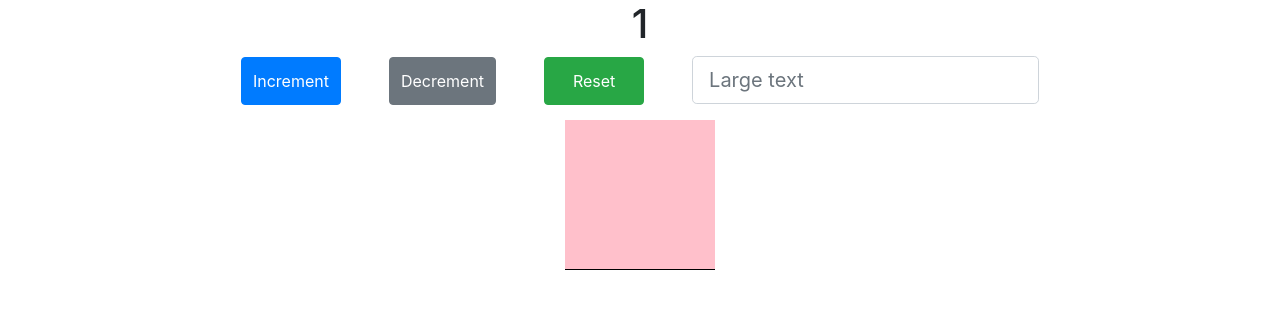
Repository: tts2610/redux-counter
Page: /
The author's editor kept a copy of each file at every save. The page is drawn from the files as they stood at one save, then again after the next save.
The browser window is 1280 px wide. The pictures show the whole page.
The project was rebuilt for these pictures with package versions that can differ from the ones it lists, and the page was loaded fresh each time.

Above is the page before, as saved 2020-06-09 15:46:59.

### src/index.js
import React from "react";
import ReactDOM from "react-dom";
import "./index.css";
import App from "./App";
import * as serviceWorker from "./serviceWorker";
import { createStore } from "redux";
import { Provider } from "react-redux";

const initialState = {
  count: 1,
  color: "pink",
};

function countReducer(state = initialState, action) {
  switch (action.type) {
    case "INCREMENT":
      return {
        count: state.count + 1,
        color: action.payload,
      };
    case "DECREMENT":
      return {
        count: state.count - 1 < 1 ? 1 : state.count - 1,
        color: action.payload,
      };
    case "RESET":
      return {
        count: 1,
        color: action.payload,
      };
    case "CHANGECOLOR":
      return {
        count: state.count,
        color: action.payload,
      };
    default:
      return state;
  }
}

const store = createStore(
  countReducer,
  // Hooks up Redux Devtools
  window.__REDUX_DEVTOOLS_EXTENSION__ && window.__REDUX_DEVTOOLS_EXTENSION__()
);

ReactDOM.render(
  <Provider store={store}>
    <App />
  </Provider>,
  document.getElementById("root")
);

// If you want your app to work offline and load faster, you can change
// unregister() to register() below. Note this comes with some pitfalls.
// Learn more about service workers: https://bit.ly/CRA-PWA
serviceWorker.unregister();

### src/App.js
import React from "react";
import "./App.css";
import { useSelector, useDispatch } from "react-redux";
import "bootstrap/dist/css/bootstrap.min.css";
import { Form, Button } from "react-bootstrap";

function App() {
  const count = useSelector((state) => state.count);
  const color = useSelector((state) => state.color);
  const dispatch = useDispatch();

  return (
    <div className="App">
      <h1>{count}</h1>
      <div
        style={{
          display: "flex",
          justifyContent: "center",
          alignItems: "baseline",
        }}
      >
        <Button
          onClick={() => dispatch({ type: "INCREMENT", payload: color })}
          variant="primary"
          className="mr-5"
          style={{ minWidth: "100px", padding: "11px" }}
        >
          Increment
        </Button>{" "}
        <Button
          onClick={() => dispatch({ type: "DECREMENT", payload: color })}
          variant="secondary"
          className="mr-5"
          style={{ minWidth: "100px", padding: "11px" }}
        >
          Decrement
        </Button>{" "}
        <Button
          onClick={() => dispatch({ type: "RESET", payload: color })}
          variant="success"
          className="mr-5"
          style={{ minWidth: "100px", padding: "11px" }}
        >
          Reset
        </Button>{" "}
        <Form.Group>
          <Form.Control
            size="lg"
            onChange={(e) =>
              dispatch({ type: "CHANGECOLOR", payload: e.target.value })
            }
            type="text"
            placeholder="Large text"
          />
        </Form.Group>
      </div>
      {Array(count).fill(
        <div
          style={{
            width: "150px",
            height: "150px",
            backgroundColor: `${color}`,
            margin: "0 auto",
            borderBottom: "1px solid black",
          }}
        ></div>
      )}
    </div>
  );
}

export default App;

Loaded but not shown: public/index.html (common file); src/index.css (common file); src/serviceWorker.js (common file); src/App.css (common file)

After the next save:
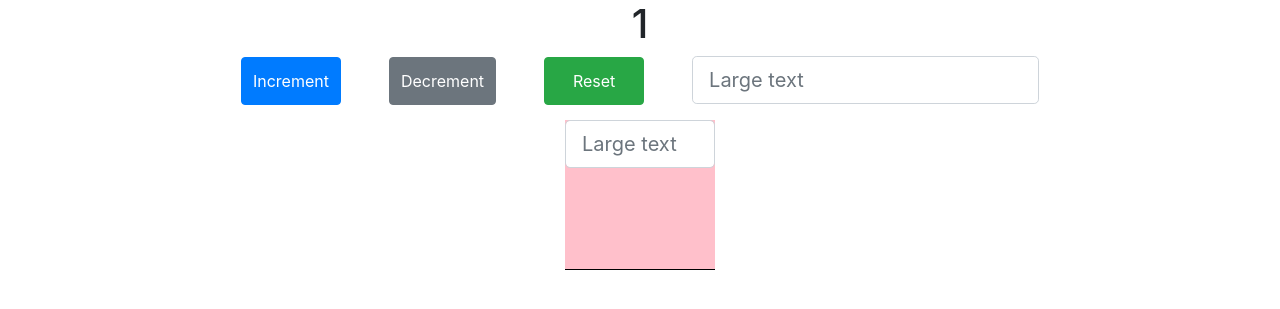
Saved 5 min 57 s later.
--- a/src/App.js
+++ b/src/App.js
@@ -63,7 +63,18 @@
             margin: "0 auto",
             borderBottom: "1px solid black",
           }}
-        ></div>
+        >
+          <Form.Group>
+            <Form.Control
+              size="lg"
+              // onChange={(e) =>
+              //   dispatch({ type: "CHANGECOLOR", payload: e.target.value })
+              // }
+              type="text"
+              placeholder="Large text"
+            />
+          </Form.Group>
+        </div>
       )}
     </div>
   );

After the 3 saves that followed:
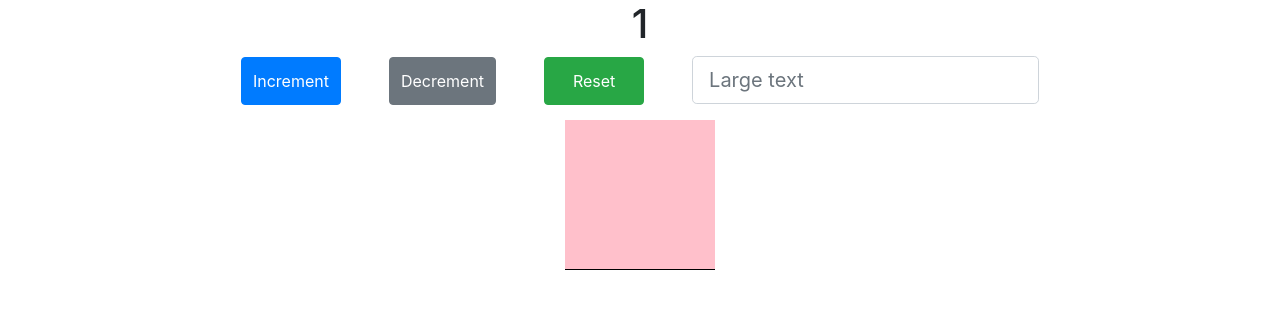
The 3 saves are shown as one change because 1 did not build or start and 1 left the picture as it was.
The last was saved 7 min 54 s later.
--- a/src/App.js
+++ b/src/App.js
@@ -64,16 +64,16 @@
             borderBottom: "1px solid black",
           }}
         >
-          <Form.Group>
+          {/* <Form.Group>
             <Form.Control
               size="lg"
-              // onChange={(e) =>
-              //   dispatch({ type: "CHANGECOLOR", payload: e.target.value })
-              // }
+              onChange={(e) =>
+                dispatch({ type: "CHANGECOLOR", payload: e.target.value })
+              }
               type="text"
               placeholder="Large text"
             />
-          </Form.Group>
+          </Form.Group> */}
         </div>
       )}
     </div>
